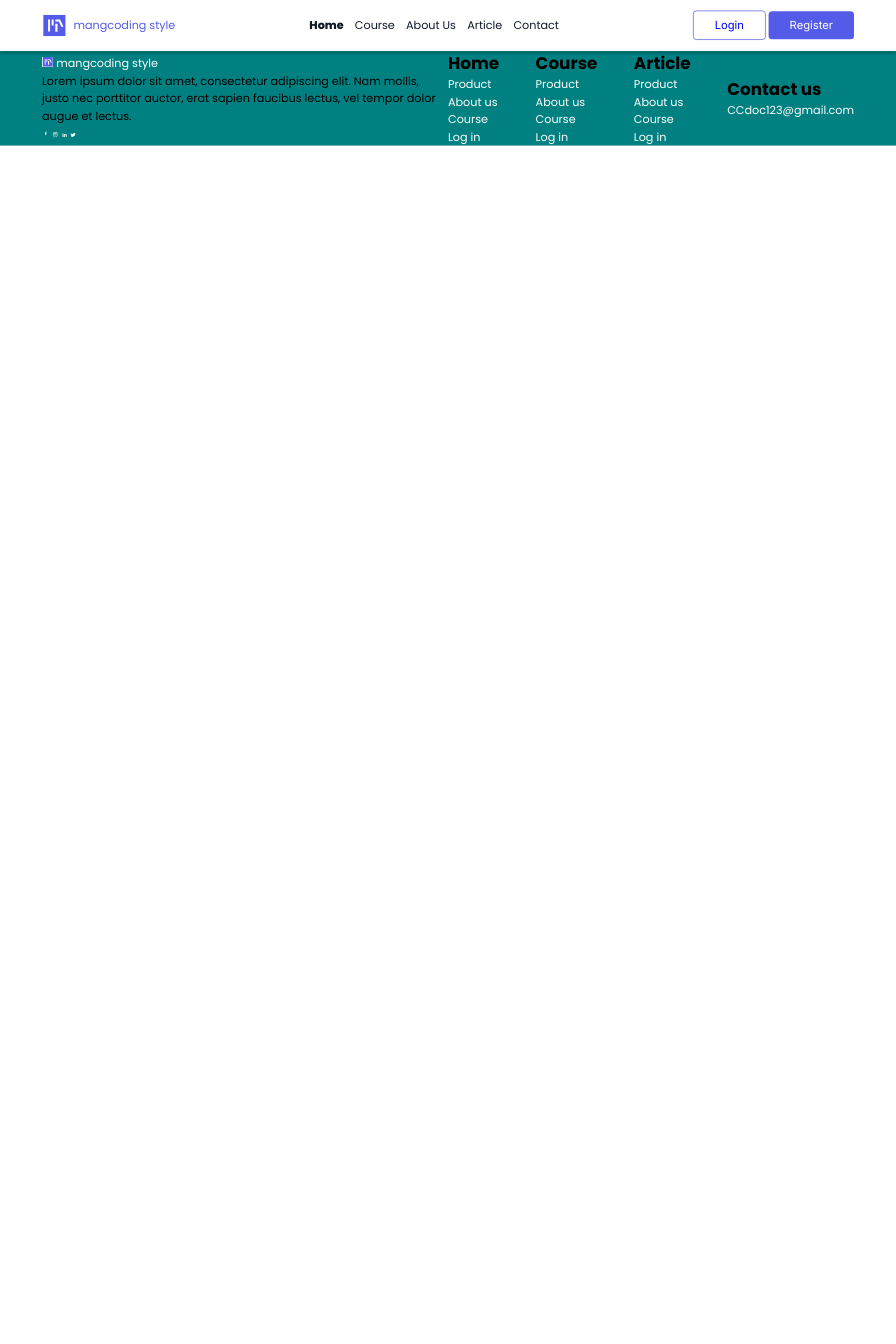
Repository: Dania-Alqam/landing-page
Page: index.html
An editor plug-in stored every save of this project. The page is shown before and after a run of saves, followed by the edit.
The browser window is 1280 px wide. The pictures show the part of the page from y = 0 to 1920 px (the page is 5000 px tall), at 70% of full size.

Above is the page before, as saved 2024-06-21 23:44:20.

After the next 2 saves:
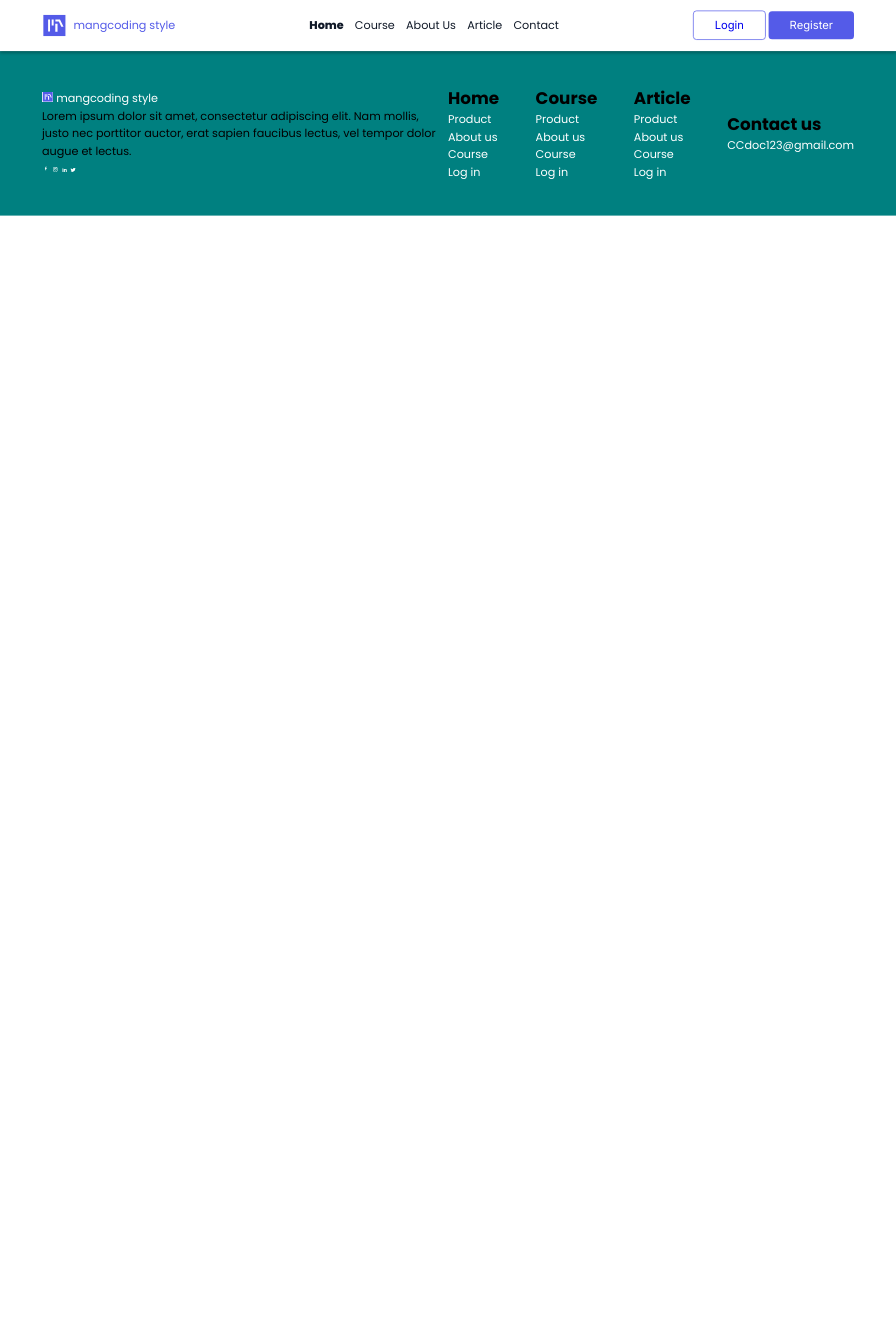
The 2 saves are shown as one change because they came seconds apart.
The last was saved 69 s later.
--- a/assests/css/main.css
+++ b/assests/css/main.css
@@ -64,6 +64,7 @@ font-weight: 800;
 /* start footer */
 .footer{
     background-color: teal;
+    padding: 50px 0;
 }
 
 .footer a{
